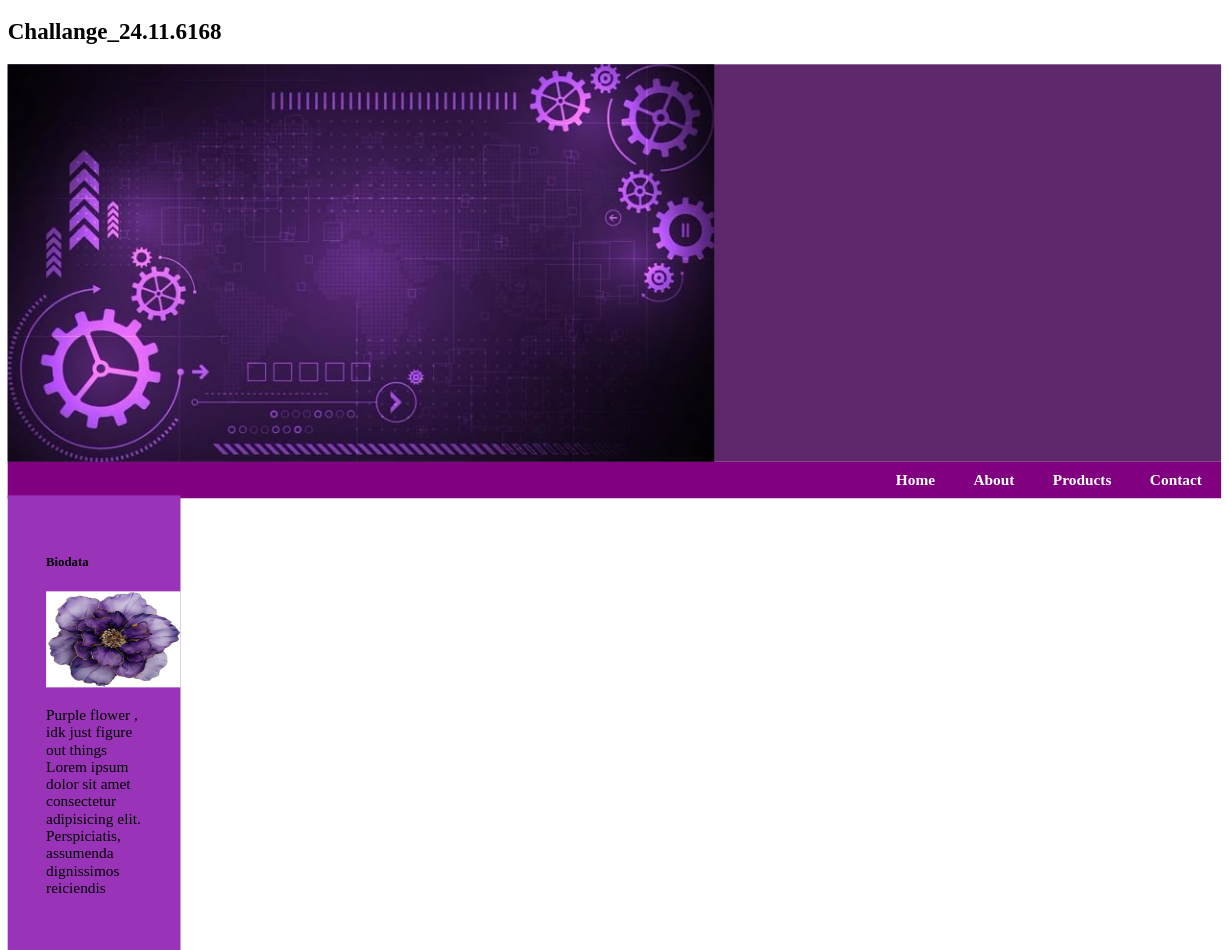
Repository: Ms-Ulfiyahrustam/p5_pemogramanweb
Page: index.html
The author's editor kept a copy of each file at every save. The page is drawn from the files as they stood at one save, then again after the next save.
The browser window is 1280 px wide. The pictures show the whole page, at 96% of full size.

Above is the page before, as saved 2026-04-27 09:40:34.

### index.html
<!DOCTYPE html>
<html lang="en">
<head>
    <meta charset="UTF-8">
    <meta name="viewport" content="width=device-width, initial-scale=1.0">
    <link rel="stylesheet" href="style.css">
    <title>Document</title>
</head>
<body class="">
    <h2>Challange_24.11.6168</h2>
    <div class="flex-container">
        <img src="download.jpg" alt="">
    </div>
    <div class="leftside">
        <h5>Biodata</h5>
        <img src="purple.jpg" alt="" width="140" height="100" >
        <p>Purple flower , idk just figure out things <br>
            Lorem ipsum dolor sit amet consectetur adipisicing elit. Perspiciatis, assumenda dignissimos reiciendis  <br>
        </p>
    </div>
    <div class="midplace">
<nav class="menu">
  <ul>
    <li><a href="#">Home</a></li>
    <li><a href="#">About</a></li>
    <li><a href="#">Products</a></li>
    <li><a href="#">Contact</a></li>
  </ul>
</nav>
        </div>
</body>
</html>

### style.css


.flex-container{
    display: flex;
    background-color: rgb(95, 40, 109);
    margin: auto;
}

.leftside{

    float:left;
    background-color: rgb(153, 52, 184);
    margin-top: 35px;
    width:100px;
    height: 40%;
    padding: 40px;


}

leftside img{
    justify-content: center;
}

.rightside{

}

.midplace{
    background-color: purple;
    color: azure;

}

.menu {
  background-color: purple;
  padding: 10px 0;
}

.menu ul {
  display: flex;
  justify-content: right;
  list-style: none;
  margin: 0;
  padding: 0;
}

.menu li {
  margin: 0 20px;
}

.menu a {
  text-decoration: none;
  color: white;
  font-weight: bold;
}

After the next save:
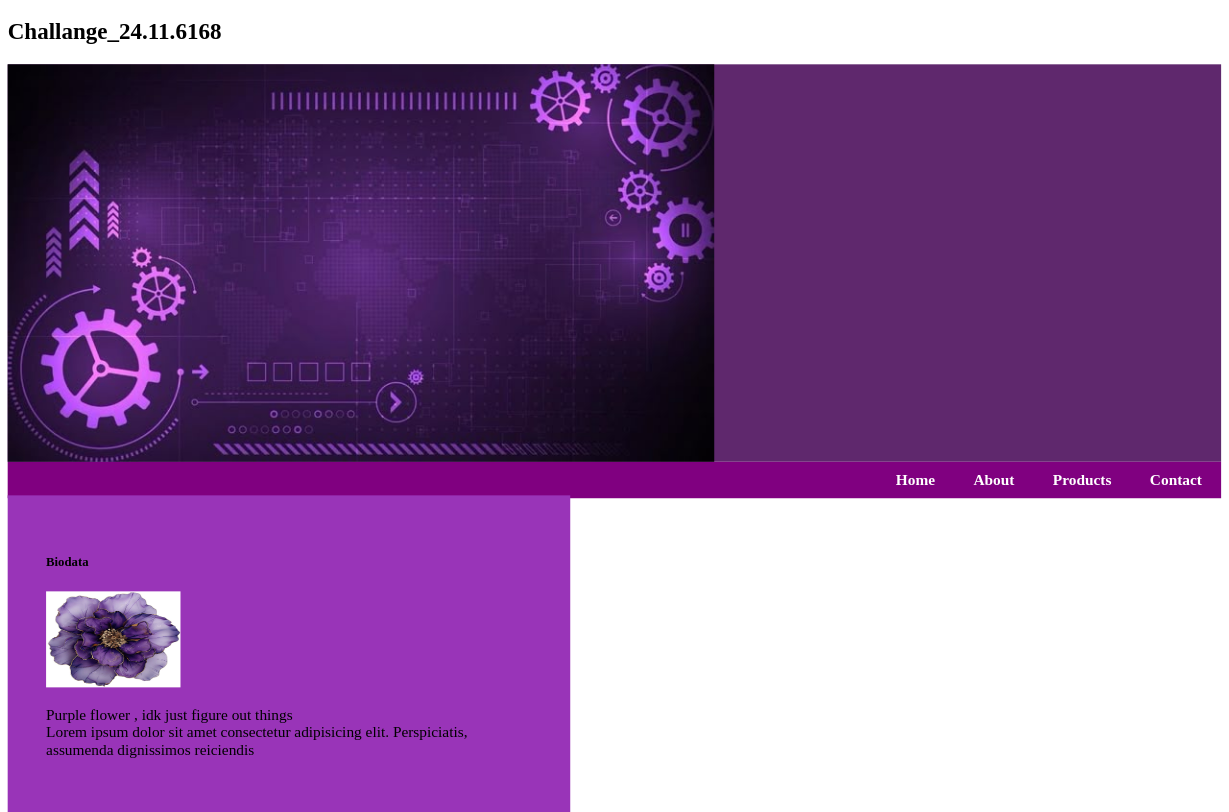
Saved 22 s later.
--- a/style.css
+++ b/style.css
@@ -11,7 +11,7 @@
     float:left;
     background-color: rgb(153, 52, 184);
     margin-top: 35px;
-    width:100px;
+    width:40%;
     height: 40%;
     padding: 40px;
 
